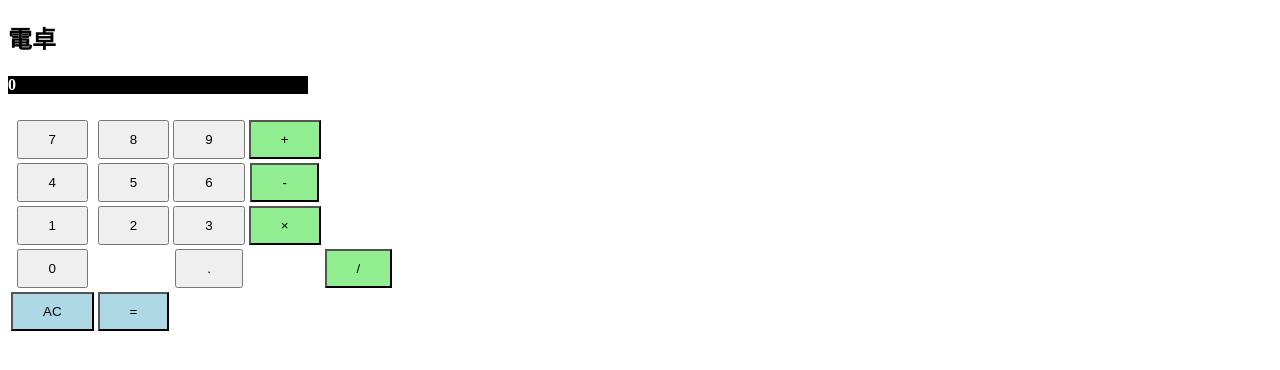
Repository: syokaturyou/potepan
Page: dentaku.html
The author's editor kept a record of every edit. The page is drawn from the files as they stood at one moment, then again after the next edit.
The browser window is 1280 px wide. The pictures show the whole page.

Above is the page before.

### dentaku.html
   <!DOCTYPE html>
    <html lang="en">
      <head>
        <meta charset="utf-8">
        <!--<script src="https://code.jquery.com/jquery-3.2.1.js" integrity="sha256-DZAnKJ/6XZ9si04Hgrsxu/8s717jcIzLy3oi35EouyE=" crossorigin="anonymous"></script>  -->
        <link rel="stylesheet" href="css/main.css">
        <title>電卓</title>
        <script src="javascript/jquery.min.js"></script>
        <script type="text/javascript" src="javascript/main.js" charset="utf-8"></script>
      </head>

      <body>
        <h2>電卓</h2>

          <table>
          <tr>
            <h4 class="target">0</h4>
          </tr>
          <tr>
            <th><input type="button" value="7"></input></th>
            <th><input type="button" value="8"></input></th>
            <th><input type="button" value="9"></input></th>
            <th><input type="button" class="plus" value="+"></th>
          </tr>
          <tr>
            <th><input type="button" value="4"></input></th>
            <th><input type="button" value="5"></input></th>
            <th><input type="button" value="6"></input></th>
            <th><input type="button" class="minus" value="-"></th>
          </tr>
          <tr>
            <th><input type="button" value="1"></input></th>
            <th><input type="button" value="2"></input></th>
            <th><input type="button" value="3"></input></th>
            <th><input type="button" class="kakeru" value="×"></th>
          </tr>
          <tr>
            <th><input type="button" value="0"></input></th>
            <th></th>
            <th><input type="button" value="."></input></th>
            <th></th>
            <th><input type="button" class="waru" value="/"></th>
          </tr>
          <tr>
            <th><input type="button" class="ac" value="AC"></th>
            <th><input type="button" class="equal" value="="></th>
          </tr>
        </table>

      </body>
    </html>

### css/main.css
table{
  background-color: white;
}

h4{
  width: 300px;
  color: white;
  background-color: black;
}

 input {
  padding: 10px 30px;
}

.plus{
    background-color: lightgreen;
    /*padding: 10px 30px;*/
}

.minus{
    background-color: lightgreen;
    /*padding: 10px 30px;*/
}

.kakeru{
    background-color: lightgreen;
    /*padding: 10px 30px;*/
}

.waru{
    background-color: lightgreen;
    /*padding: 10px 30px;*/
}

.equal{
    background-color: lightblue;
    /*padding: 10px 30px;*/
}

.ac{
    background-color: lightblue;
    /*padding: 10px 30px;*/
}

### javascript/main.js
     $(document).ready(function(){
      $(".button0").click(function() {
      let value = $(".button0").text(); //テキストを取得し変数に入れています
      $(".target").text(value); //テキストを変更する処理
      });

      $(".button1").click(function() {
      let value1 = 1;
      let value = value + value1
      $(".target").text(value);
      });

      $(".button2").click(function() {
      let value2 = 2;
      let value = value + value2
       $(".target").text(value);
      });

      $(".button3").click(function() {
      let value = 3;
       $(".target").text(value);
      });

      $(".button4").click(function() {
      let value = 4;
       $(".target").text(value);
      });

      $(".button5").click(function() {
      let value = $(".button5").number();
       $(".target").number(value);
      });

      $(".button6").click(function() {
      let value = $(".button6").text();
       $(".target").text(value);
      });

      $(".button7").click(function() {
      let value = $(".button7").text();
       $(".target").text(value);
      });

      $(".button8").click(function() {
      let value = $(".button8").text();
       $(".target").text(value);
      });

      $(".button9").click(function() {
      let value = $(".button9").text();
       $(".target").text(value);
      });

      $(".buttonreset").click(function() {
       $(".target").text(0);
      });

  });

Loaded but not shown: javascript/jquery.min.js (library)

After the next edit:
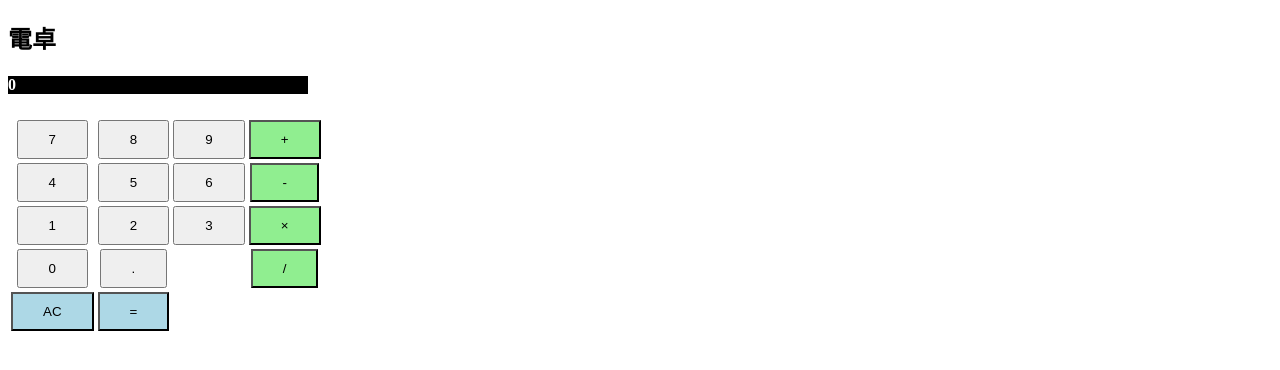
The edit:
--- a/dentaku.html
+++ b/dentaku.html
@@ -36,7 +36,6 @@
           </tr>
           <tr>
             <th><input type="button" value="0"></input></th>
-            <th></th>
             <th><input type="button" value="."></input></th>
             <th></th>
             <th><input type="button" class="waru" value="/"></th>
